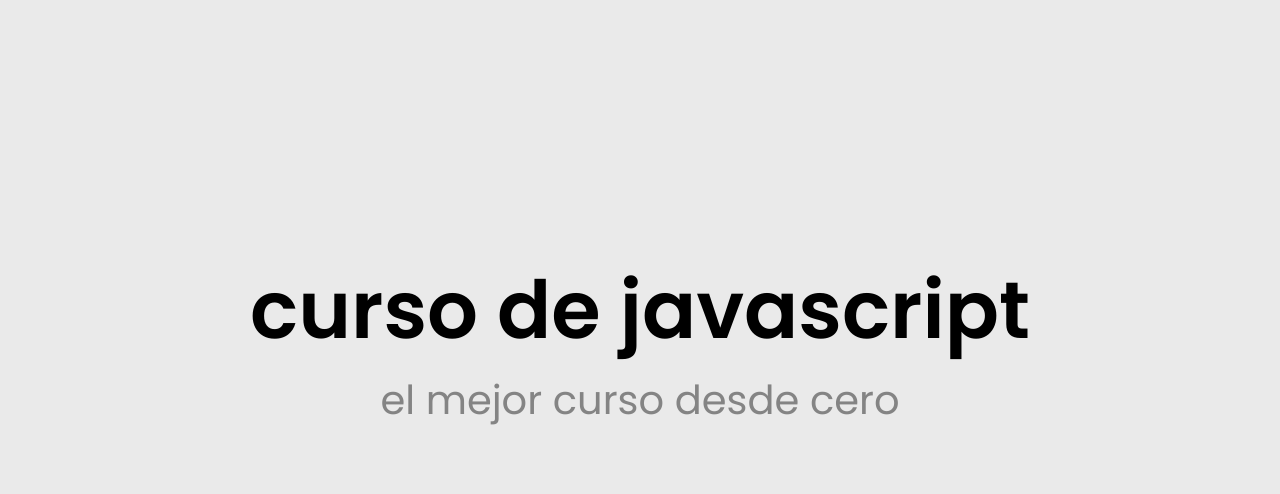
Repository: ymcarrillom/github-test
Page: portafolio-personal/introduccion/javascript/index.html
An editor plug-in stored every save of this project. The page is shown before and after the next save, followed by the edit.
The browser window is 1280 px wide. The pictures show the whole page.

Above is the page before, as saved 2024-10-09 03:43:11.

### portafolio-personal/introduccion/javascript/index.html
<!DOCTYPE html>
<html lang="en">
<head>
    <meta charset="UTF-8">
    <meta name="viewport" content="width=device-width, initial-scale=1.0">
    <link rel="stylesheet" href="estilos.css">
    <script src="arreglos.js"></script>
    <title>Javascript</title>
</head>
<body>
    <h1>curso de javascript</h1>
    <h2>el mejor curso desde cero</h2>
</body>
</html>

### portafolio-personal/introduccion/javascript/estilos.css
@import url('https://fonts.googleapis.com/css2?family=Poppins:wght@400;600&display=swap');

* {
	box-sizing: border-box;
	margin: 0;
	padding: 0;
}

body {
	font-family: 'Poppins', sans-serif;
	min-height: 100vh;
	width: 100%;
	background: #eaeaea;
	color: #000;
	display: flex;
	flex-direction: column;
	align-items: center;
	justify-content: center;
}

h1 {
	font-size: 80px;
}

h2 {
	font-size: 40px;
	font-weight: normal;
	margin-bottom: 40px;
	color: #848484;
}

button {
	border: none;
	background: #2553df;
	font-family: 'Poppins', sans-serif;
	font-size: 22px;
	cursor: pointer;
	border-radius: 10px;
	color: #fff;
	padding: 14px 28px;
	margin-bottom: 20px;
}

button:hover {
	background: #1942be;
}

### portafolio-personal/introduccion/javascript/arreglos.js
/* 📌 Los arreglos son variables que nos permiten guardar multiples valores
	Cada valor puede ser de cualquier tipo.
*/
const arreglo = ['Texto', 456, true, { propiedad: 'valor' }, [0, 1, 2, 3]];
console.log(arreglo);

// Podemos acceder a los elementos del arreglo en base a su posicion.
// Empezando por el 0 (index)
const amigos = ['Alejandro', 'Manuel', 'Cesar'];
console.log(amigos[0]);

/* 📌 Otra forma de trabajar con arreglos es definirlo y luego llenarlo */
const colores = [];
colores[0] = 'Rojo';
colores[1] = 'Verde';

// Podemos saltarnos elementos
colores[3] = 'Blanco';

// Podemos sobreescribir valores
colores[3] = 'Amarillo';

/* Los arreglos dentro de javascript son objetos.
Esto es porque javascript les agrega una capa de propiedades y metodos.
*/
// Propiedad length, nos permite conocer cuantos elementos tiene un arreglo.
console.log('El arreglo colores tiene: ' + colores.length + ' colores');

// Metodo push, nos permite agregar elementos al final del arreglo.
colores.push('Azul');
console.log(colores);

After the next save:
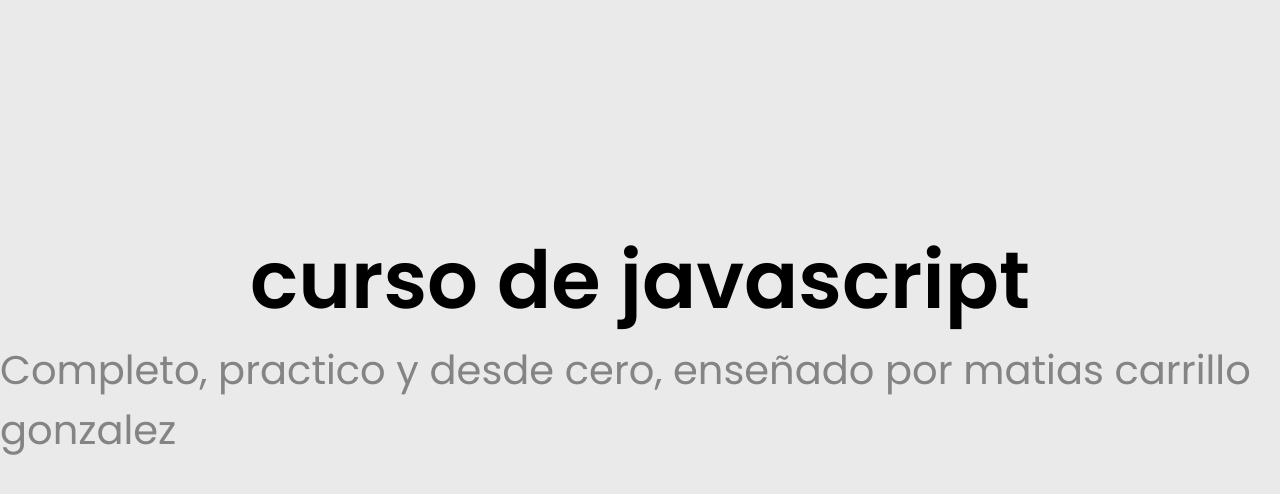
Saved 24 min 34 s later.
--- a/portafolio-personal/introduccion/javascript/index.html
+++ b/portafolio-personal/introduccion/javascript/index.html
@@ -9,6 +9,6 @@
 </head>
 <body>
     <h1>curso de javascript</h1>
-    <h2>el mejor curso desde cero</h2>
+    <h2>Completo, practico y desde cero, enseñado por matias carrillo gonzalez</h2>
 </body>
 </html>
